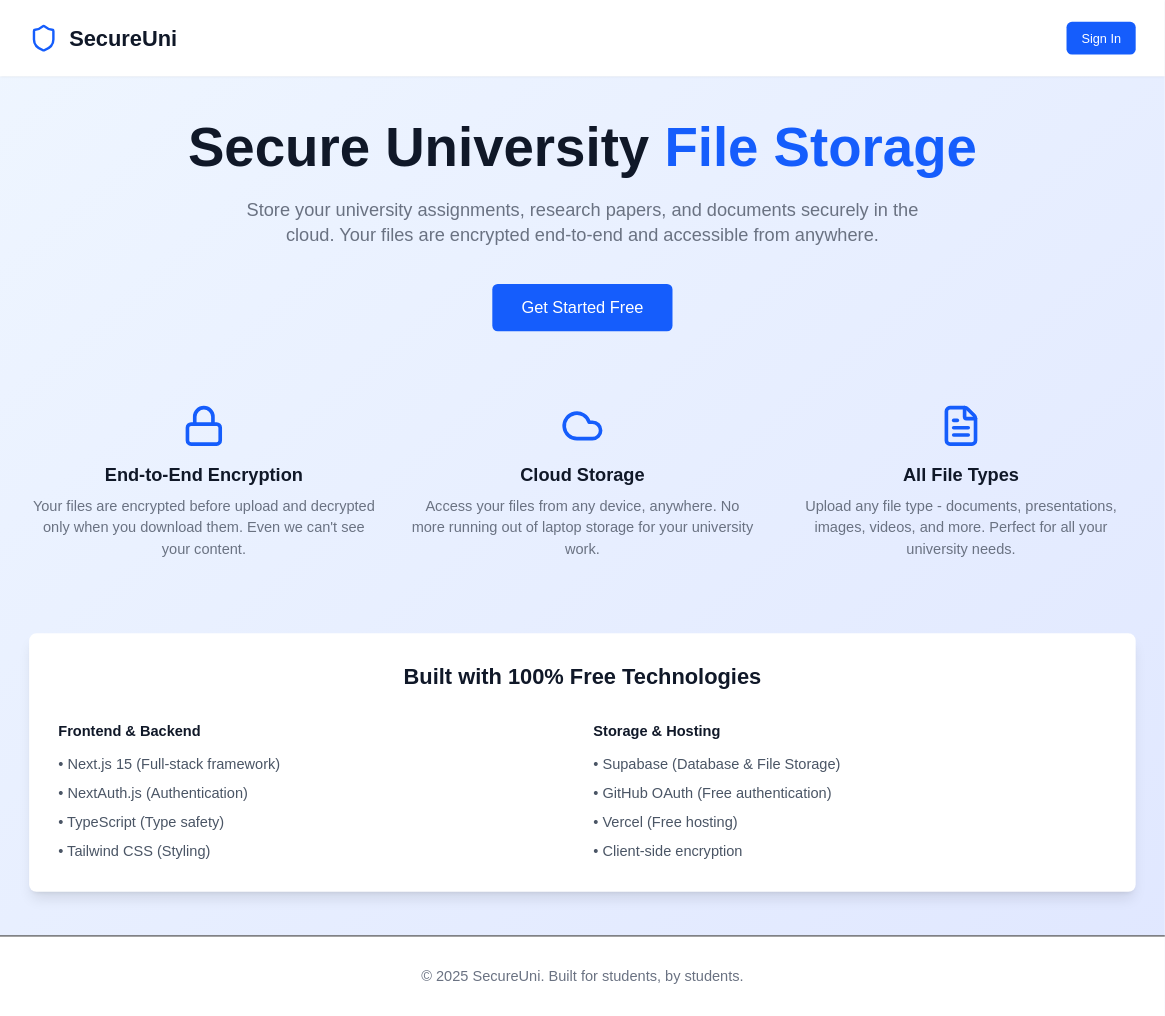
Repository: DiwanMalla/UniCloud
Page: /
These files come from the project's save history. The page is drawn as it stood at one moment and after the next save; the edit follows.
The browser window is 1280 px wide. The pictures show the whole page, at 91% of full size.
The page's requests for data from a server got no answer. The project was rebuilt for these pictures with package versions that can differ from the ones it lists, and the page was loaded fresh each time. The framework's server and built-in components were replaced by stand-ins that run in the browser. No one was signed in, and anything a server would have sent is missing. Also part of the build but not shown: next.config.ts.

Above is the page before, as saved 2025-08-31 15:59:38.

After the next save:
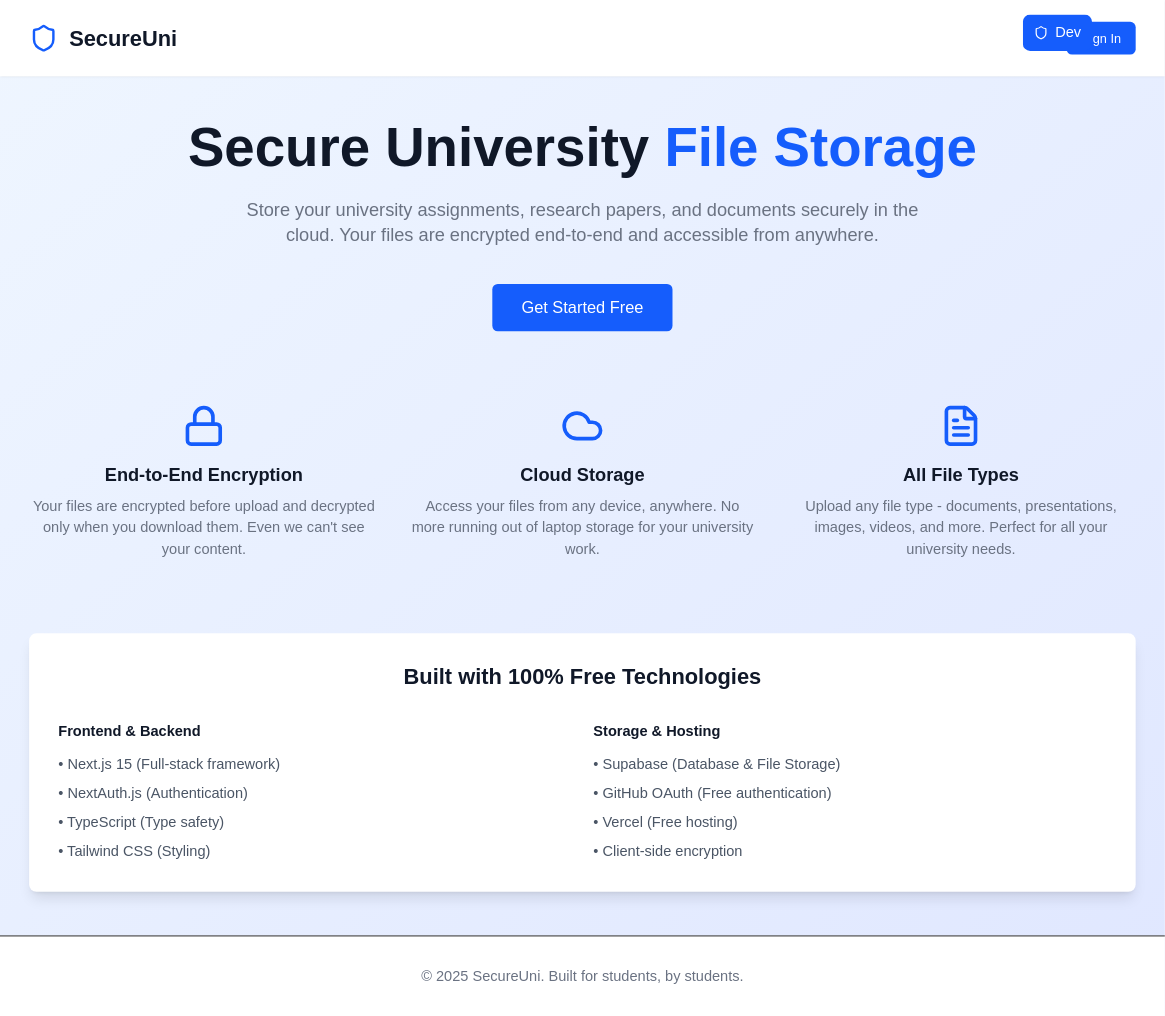
Saved 24 s later.
--- a/src/app/page.tsx
+++ b/src/app/page.tsx
@@ -34,6 +34,16 @@
 
   return (
     <div className="min-h-screen bg-gradient-to-br from-blue-50 to-indigo-100">
+      {/* Developer Button - Fixed Position */}
+      <button
+        onClick={() => setShowDeveloperModal(true)}
+        className="fixed top-4 right-20 bg-blue-600 hover:bg-blue-700 text-white px-3 py-2 rounded-lg transition-colors flex items-center gap-2 z-10"
+        title="Developer Info"
+      >
+        <Shield className="w-4 h-4" />
+        Dev
+      </button>
+
       {/* Header */}
       <header className="bg-white shadow-sm">
         <div className="max-w-7xl mx-auto px-4 sm:px-6 lg:px-8">
